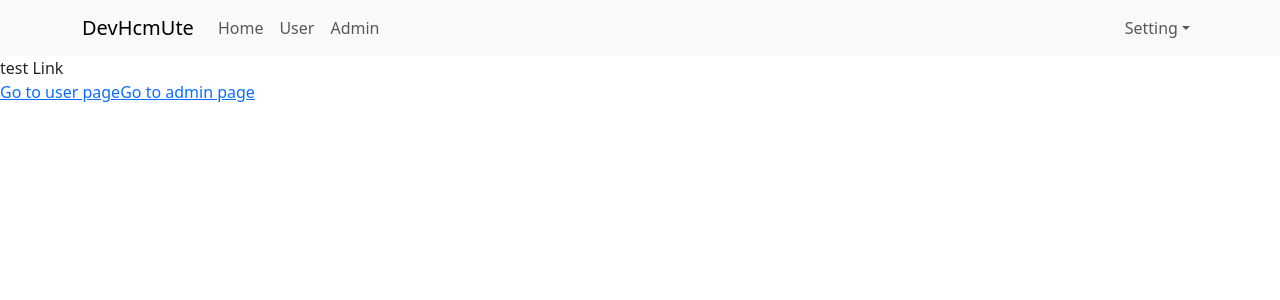
Repository: nnbxxx/React-Untimate
Page: /
An editor plug-in stored every save of this project. The page is shown before and after the next save, followed by the edit.
The browser window is 1280 px wide. The pictures show the whole page.
The project was rebuilt for these pictures with package versions that can differ from the ones it lists, and the page was loaded fresh each time.

Above is the page before, as saved 2023-04-11 16:22:04.

After the next save:
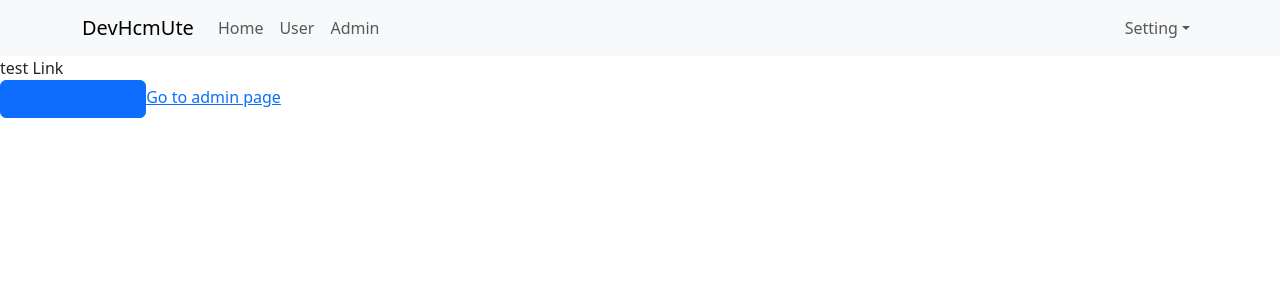
Saved 21 s later.
--- a/src/App.js
+++ b/src/App.js
@@ -10,7 +10,9 @@ const App = () => {
       <div>
         test Link
         <div>
-          <Link to='./users'>Go to user page</Link>
+          <Button>
+            <Link to='./users'>Go to user page</Link>
+          </Button>
           <Link to='./admins'>Go to admin page</Link>
         </div>
       </div>
